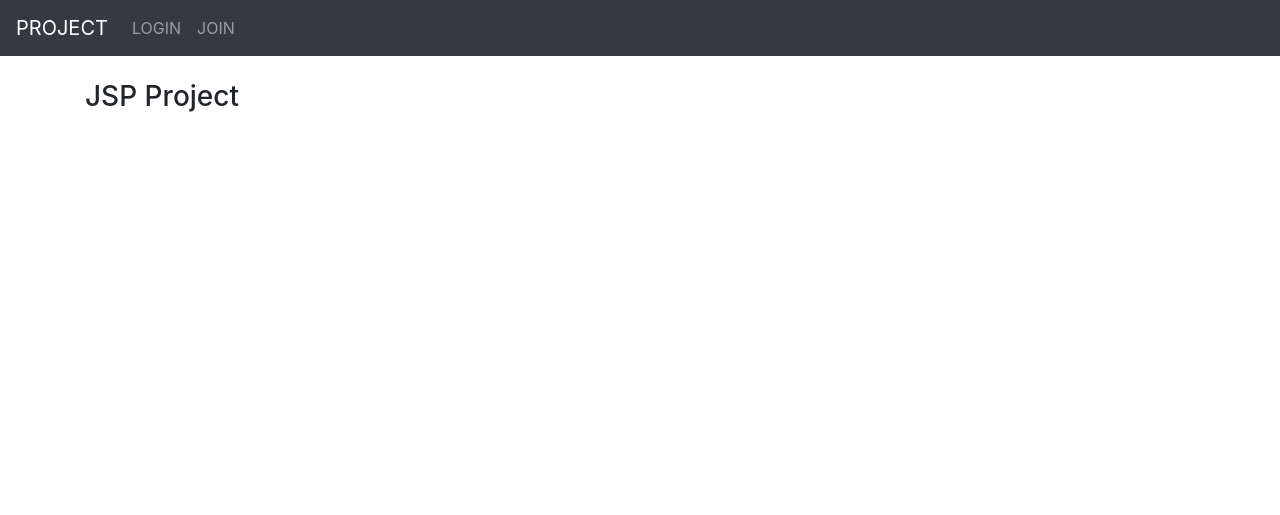
Repository: KuTaeMo/JSP-Project
Page: http://localhost/project/user/join.jsp
The author's editor kept a copy of each file at every save. The page is drawn from the files as they stood at one save, then again after the next save.
The browser window is 1280 px wide. The pictures show the whole page.
The page is served by Tomcat 9. Other server files are loaded and not shown.

Above is the page before, as saved 2021-01-12 02:14:31.

### project/WebContent/user/join.jsp
<%@ page language="java" contentType="text/html; charset=EUC-KR"
    pageEncoding="EUC-KR"%>
<%@ include file="../layout/header.jsp"%>
<!DOCTYPE html>
<html>
<head>
<meta charset="EUC-KR">
<title>Insert title here</title>
</head>
<body>

</body>
</html>

### project/WebContent/layout/header.jsp
<!DOCTYPE html>
<html lang="en">
<head>
  <title>JSP Project</title>
  <meta charset="utf-8">
  <meta name="viewport" content="width=device-width, initial-scale=1">
  <link rel="stylesheet" href="https://maxcdn.bootstrapcdn.com/bootstrap/4.5.2/css/bootstrap.min.css">
  <script src="https://ajax.googleapis.com/ajax/libs/jquery/3.5.1/jquery.min.js"></script>
  <script src="https://cdnjs.cloudflare.com/ajax/libs/popper.js/1.16.0/umd/popper.min.js"></script>
  <script src="https://maxcdn.bootstrapcdn.com/bootstrap/4.5.2/js/bootstrap.min.js"></script>
</head>
<body>

<nav class="navbar navbar-expand-md bg-dark navbar-dark">
  <a class="navbar-brand" href="<%=request.getContextPath()%>/index.jsp">PROJECT</a>
  <button class="navbar-toggler" type="button" data-toggle="collapse" data-target="#collapsibleNavbar">
    <span class="navbar-toggler-icon"></span>
  </button>
  <div class="collapse navbar-collapse" id="collapsibleNavbar">
    <ul class="navbar-nav">
      <li class="nav-item">
        <a class="nav-link" href="<%=request.getContextPath()%>/user?cmd=loginForm">LOGIN</a>
      </li>
      <li class="nav-item">
        <a class="nav-link" href="<%=request.getContextPath()%>/user?cmd=joinForm">JOIN</a>
      </li>
    </ul>
  </div>
</nav>
<br>

<div class="container">
  <h3>JSP Project</h3>

</div>

</body>
</html>

After the next save:
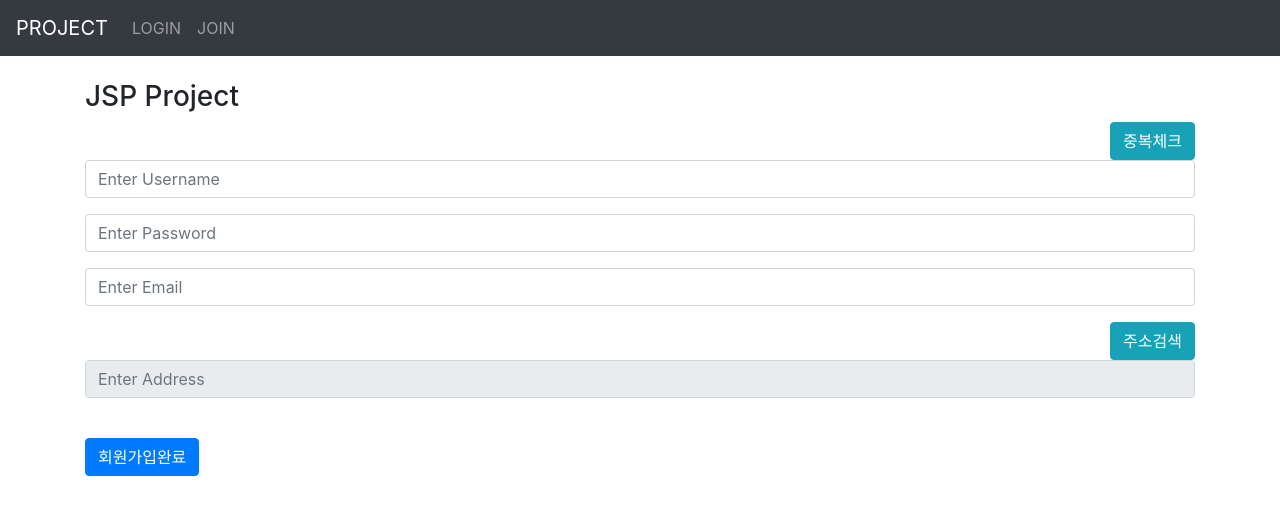
Saved 47 s later.
--- a/project/WebContent/user/join.jsp
+++ b/project/WebContent/user/join.jsp
@@ -1,13 +1,80 @@
-<%@ page language="java" contentType="text/html; charset=EUC-KR"
-    pageEncoding="EUC-KR"%>
+<%@ page language="java" contentType="text/html; charset=UTF-8"
+	pageEncoding="UTF-8"%>
+
 <%@ include file="../layout/header.jsp"%>
-<!DOCTYPE html>
-<html>
-<head>
-<meta charset="EUC-KR">
-<title>Insert title here</title>
-</head>
-<body>
 
+<div class="container">
+	<form action="/blog/user?cmd=join" method="post"
+		onsubmit="return valid()" >
+		<div class="d-flex justify-content-end">
+			<button type="button" class="btn btn-info" onClick="usernameCheck()">중복체크</button>
+		</div>
+		<div class="form-group">
+			<input type="text" name="username" id="username" class="form-control"
+				placeholder="Enter Username" required />
+		</div>
+
+		<div class="form-group">
+			<input type="password" name="password" class="form-control"
+				placeholder="Enter Password" required />
+		</div>
+
+		<div class="form-group">
+			<input type="email" name="email" class="form-control"
+				placeholder="Enter Email" required />
+		</div>
+
+		<div class="d-flex justify-content-end">
+			<button type="button" class="btn btn-info" onClick="goPopup();">주소검색</button>
+		</div>
+		<div class="form-group">
+			<input type="text" name="address" id="address" class="form-control"
+				placeholder="Enter Address" required readonly />
+		</div>
+		<br />
+		<button type="submit" class="btn btn-primary">회원가입완료</button>
+	</form>
+</div>
+<script>
+	var isChecking = false; //중복체크 변수
+
+	function valid() {
+		if (isChecking == false) {
+			alert("아이디 중복체크를 해주세요");
+		}
+		return isChecking;
+	}
+	function usernameCheck() {
+		// DB에서 확인해서 정상이면 isChecking = true
+		var username = $("#username").val();
+		$.ajax({
+			type : "POST",
+			url : "/blog/user?cmd=usernameCheck",
+			data : username,
+			contentType : "text/plain; charset=utf-8",
+			dataType : "text" // 응답 받을 데이터의 타입을 적으면 자바스크립트 오브젝트로 파싱해줌.
+		}).done(function(data) {
+			if (data === 'ok') { // 유저네임 있다는 것
+				isChecking = false; //false로 바꿔줘야 중복아닌 것 체크하고 나서 다시 체크할 때
+									//검사가능
+				alert('유저네임이 중복되었습니다.')
+			} else {
+				isChecking = true;
+				$("#username").attr("readonly", "readonly");
+				alert("해당 유저네임을 사용할 수 있습니다.")
+			}
+		});
+	}
+	function goPopup() {
+		// 주소검색을 수행할 팝업 페이지를 호출합니다.
+		// 호출된 페이지(jusopopup.jsp)에서 실제 주소검색URL(https://www.juso.go.kr/addrlink/addrLinkUrl.do)를 호출하게 됩니다.
+		var pop = window.open("/blog/user/jusoPopup.jsp", "pop",
+				"width=570,height=420, scrollbars=yes, resizable=yes");
+	}
+	function jusoCallBack(roadFullAddr) {
+		var addressEl = document.querySelector("#address");
+		addressEl.value = roadFullAddr;
+	}
+</script>
 </body>
 </html>
